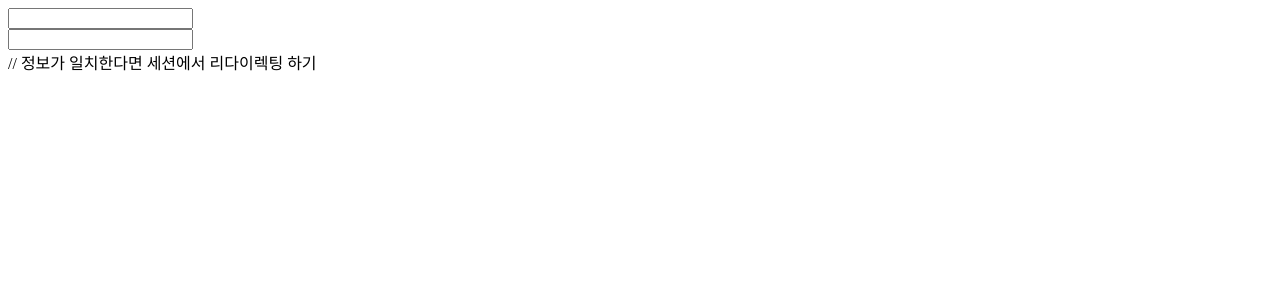
Repository: GotChun/DH_JSP
Page: http://localhost/01_JSP/C06/02/Main.jsp
The author's editor kept a copy of each file at every save. The page is drawn from the files as they stood at one save, then again after the next save.
The browser window is 1280 px wide. The pictures show the whole page.
The page is served by Tomcat 9.

Above is the page before, as saved 2024-10-22 06:10:25.

After the next save:
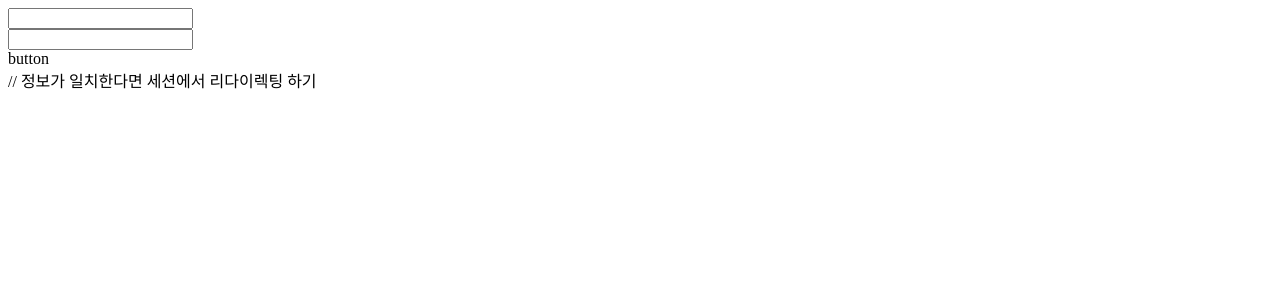
Saved 23 s later.
--- a/01_JSP/src/main/webapp/C06/02/Main.jsp
+++ b/01_JSP/src/main/webapp/C06/02/Main.jsp
@@ -8,14 +8,17 @@
 </head>
 <body>
 
-	<form action="lgoinProc.jsp" method=post></form>
+	<form action="lgoinProc.jsp" method=post>
 		<div>
 		<input name=:"userid" />
 		</div>
 		<div>
 			<input tyoe="password" name="password" />
 		</div>
-
+		<div>
+			button
+			</div>
+	</form>
 </body>
 </html>
 
